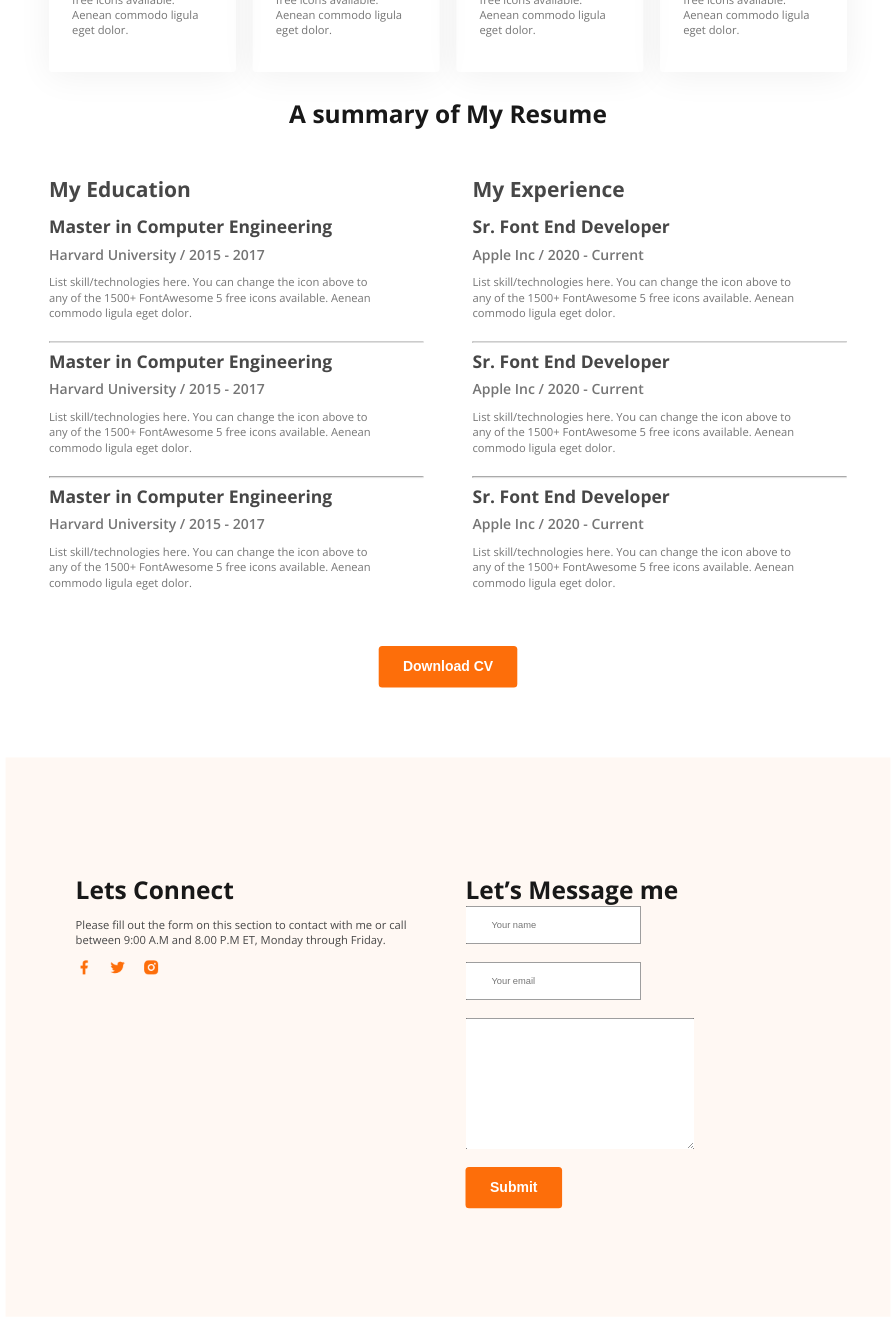
Repository: ShouravAhammed/Simple-Portfolio-Webpage
Page: index.html
These files come from the project's save history. The page is drawn as it stood at one moment and after the next save; the edit follows.
The browser window is 1280 px wide. The pictures show the part of the page from y = 2110 to 4030 px (the page is 3999 px tall before and 4030 px after), at 70% of full size.

Above is the page before, as saved 2024-01-06 04:11:22.

After the next save:
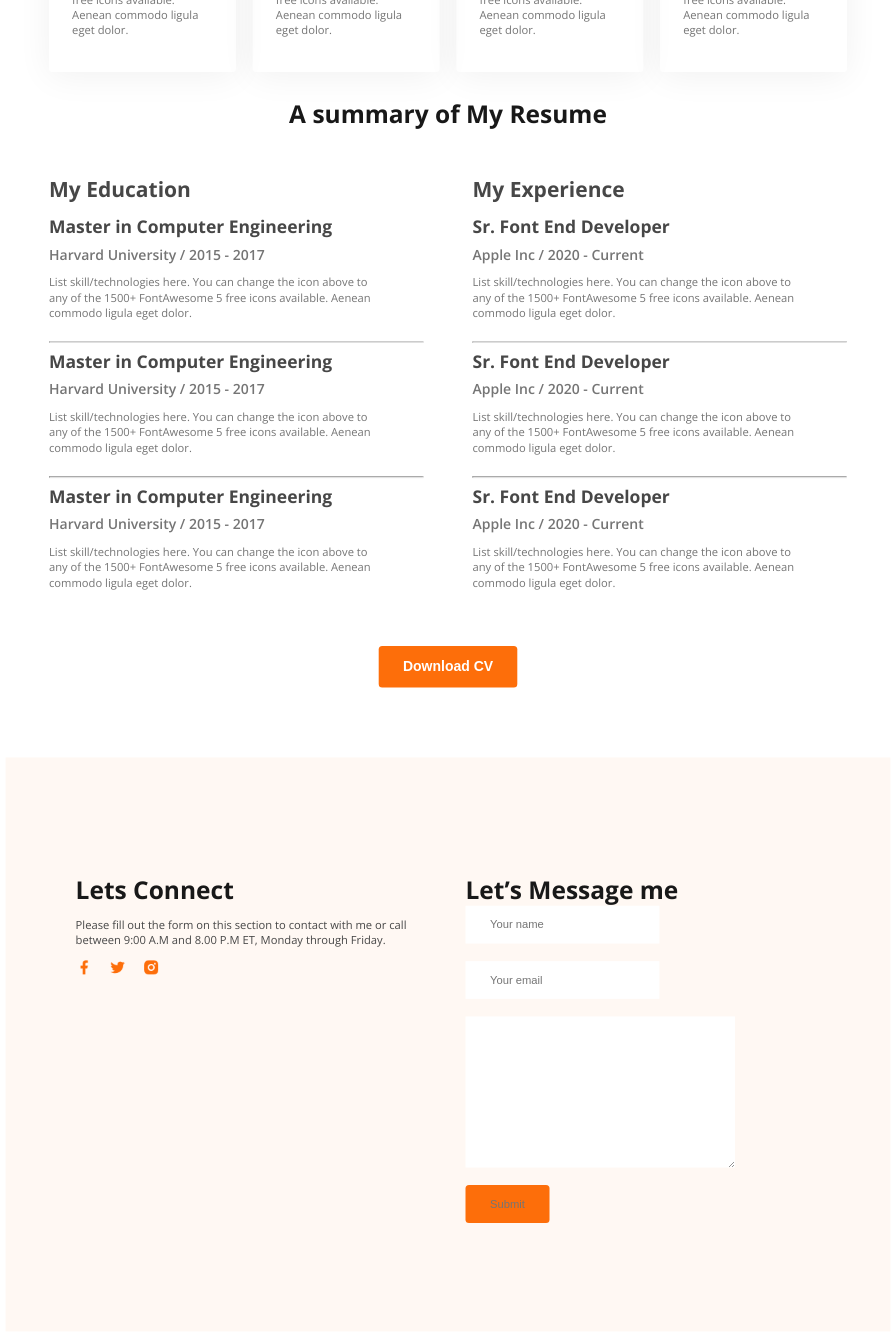
Saved 71 s later.
--- a/index.css
+++ b/index.css
@@ -220,5 +220,8 @@ footer{
     display: block;
     margin-bottom: 25px;
     padding: 18px 35px;
-
-}
+    border: 0;
+    color:#757575;
+    font-size: 16px;
+    font-weight: 400;
+}
